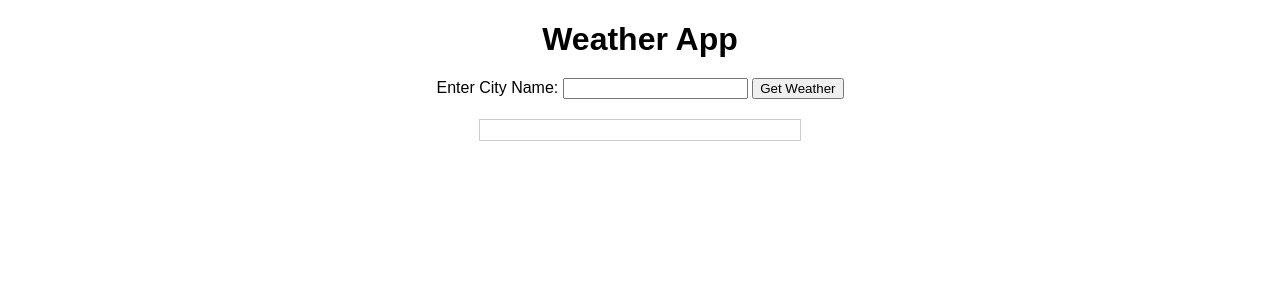
Repository: Diamondd01/CI-CD-OCI-Project
Page: Public/index.html
These files come from the project's save history. The page is drawn as it stood at one moment and after the next save; the edit follows.
The browser window is 1280 px wide. The pictures show the whole page.

Above is the page before, as saved 2024-07-22 21:53:23.

After the next save:
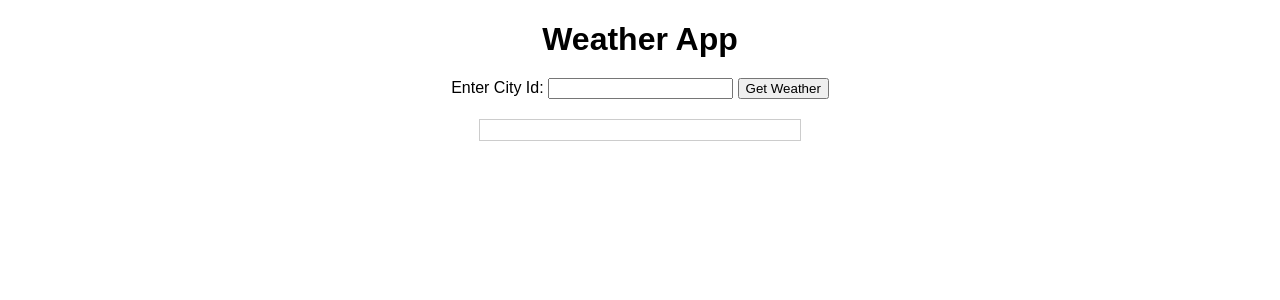
Saved 76 s later.
--- a/Public/index.html
+++ b/Public/index.html
@@ -9,7 +9,7 @@
 <body>
     <h1>Weather App</h1>
     <form id="weatherForm">
-        <label for="cityInput">Enter City Name:</label>
+        <label for="cityIdInput">Enter City Id:</label>
         <input type="text" id="cityInput" name="cityInput" required>
         <button type="submit">Get Weather</button>
     </form>

After the 2 saves that followed:
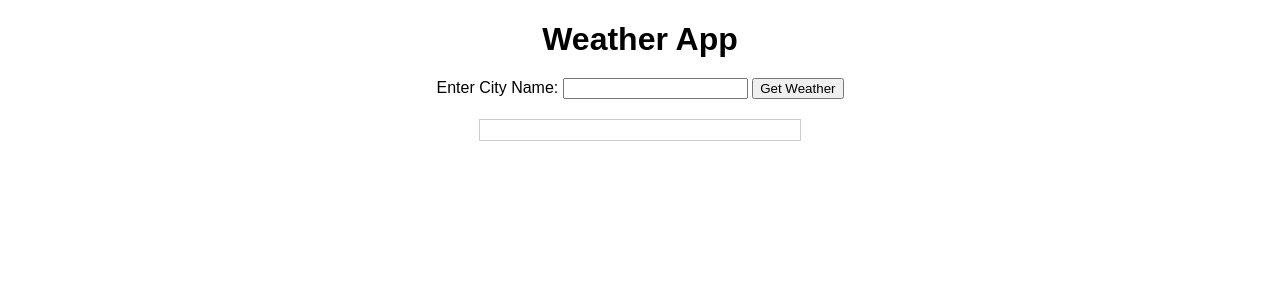
The 2 saves are shown as one change because 1 left the picture as it was.
The last was saved 4 min 18 s later.
--- a/Public/index.html
+++ b/Public/index.html
@@ -9,7 +9,7 @@
 <body>
     <h1>Weather App</h1>
     <form id="weatherForm">
-        <label for="cityIdInput">Enter City Id:</label>
+        <label for="cityInput">Enter City Name:</label>
         <input type="text" id="cityInput" name="cityInput" required>
         <button type="submit">Get Weather</button>
     </form>
--- a/Public/script.js
+++ b/Public/script.js
@@ -13,7 +13,7 @@ document.addEventListener('DOMContentLoaded',function(){
     });
 
     function fetchWeatherByCity(cityId){
-        const apiUrl = `${baseUrl}?id=${cityId}&appid=${apiKey}`;
+        const apiUrl = `${baseUrl}?q=${cityName}&appid=${apiKey}`;
 
         fetch(apiUrl)
             .then(response => {
